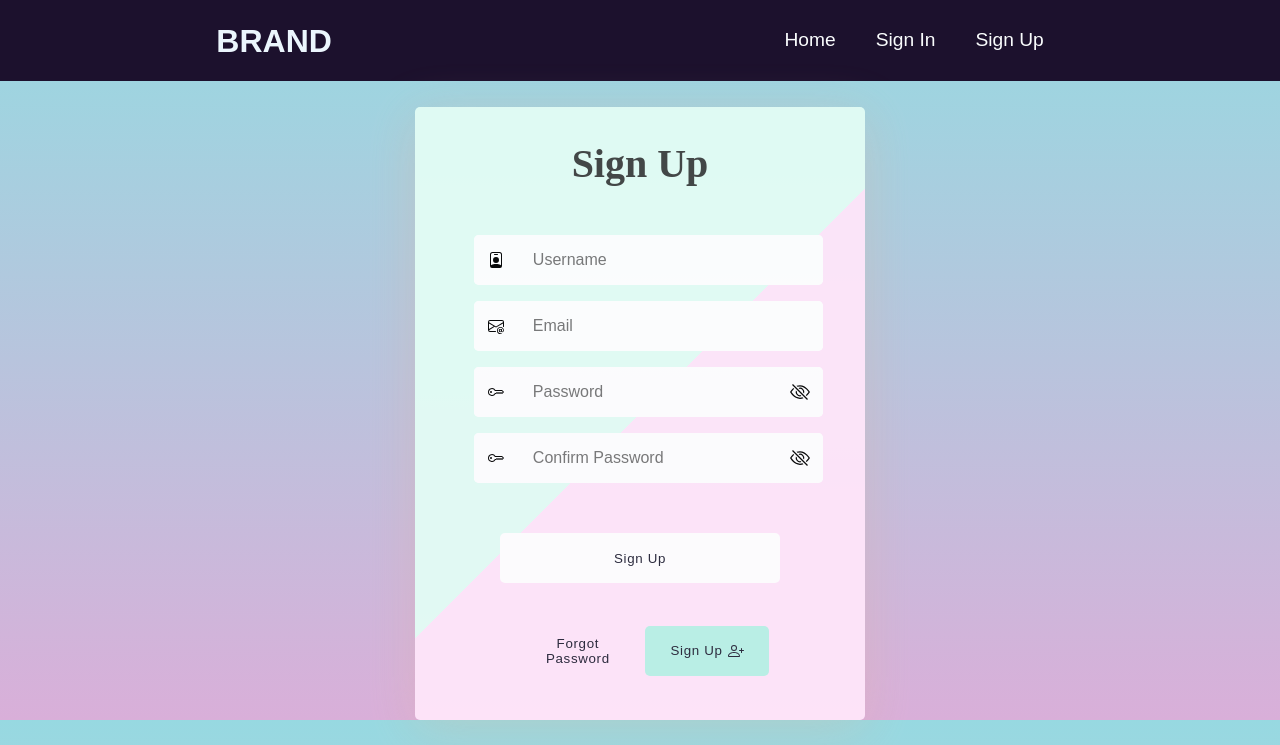
Repository: code-mtaani/ojwang-frontend
Page: /signup
The author's editor kept a copy of each file at every save. The page is drawn from the files as they stood at one save, then again after the next save.
The browser window is 1280 px wide. The pictures show the whole page.
Backgrounds fixed to the window are drawn as part of the page. The project was rebuilt for these pictures with package versions that can differ from the ones it lists, and the page was loaded fresh each time. Also part of the build but not shown: vite.config.ts, src/Pages/HomePage/Home.pages.tsx, src/Pages/SignIn/SignIn.pages.tsx.

Above is the page before, as saved 2023-02-01 14:18:15.

### src/App.tsx
import { BrowserRouter as Router, Routes, Route } from "react-router-dom";

import Navigation from "./Components/Nav";
import Home from './Pages/HomePage'
import SignIn from "./Pages/SignIn";
import SignUp from "./Pages/SignUp"

function App() {
  return (
    <Router>
      <div className="App">
        <Navigation />
        <Routes>
          <Route path="/" element={<Home />} />
          <Route path="/signin" element={<SignIn/>} />
          <Route path="/signup" element={<SignUp/>} />
        </Routes>
      </div>
    </Router>
  );
}

export default App;

### src/index.css
* {
  padding: 0;
  margin: 0;
  box-sizing: border-box;
}
/* End Global rules */

/* Start body rules */
body {
  background-image: linear-gradient(-225deg, #e3fdf5 0%, #ffe6fa 100%);
  background-image: linear-gradient(to top, #a8edea 0%, #fed6e3 100%);
  background-attachment: fixed;
  background-repeat: no-repeat;

  font-family: "Vibur", cursive;
  /*   the main font */
  font-family: "Abel", sans-serif;
  opacity: 0.95;
  background-image: linear-gradient(to top, #d9afd9 0%, #97d9e1 100%);
}
@media screen and (min-width: 440px) {
  .app{
    border:2px solid green;
  }
}
/* end body rules */

### src/Components/Nav/index.js
export {default} from './Navigation.component'

### src/Pages/HomePage/index.ts
export { default } from "./Home.pages";

### src/Pages/SignIn/index.ts
export { default } from './SignIn.pages'

### src/Pages/SignUp/index.ts
export {default} from './SignUp.pages'

### src/Components/Nav/Navigation.component.tsx
import React from "react";
import {Link} from "react-router-dom"
import './nav.css'

const Navigation = () => {
  return (
    <nav className="navbar">
      <div className="left">
        <h1><Link to="/"> BRAND </Link></h1>
      </div>

      <div className="right">
        <input type="checkbox" id="check" />
        <label htmlFor="check" className="checkBtn">
          <svg
            xmlns="http://www.w3.org/2000/svg"
            width="30"
            height="30"
            fill="currentColor"
            className="bi bi-justify"
            viewBox="0 0 16 16"
          >
            <path
              fillRule="evenodd"
              d="M2 12.5a.5.5 0 0 1 .5-.5h11a.5.5 0 0 1 0 1h-11a.5.5 0 0 1-.5-.5zm0-3a.5.5 0 0 1 .5-.5h11a.5.5 0 0 1 0 1h-11a.5.5 0 0 1-.5-.5zm0-3a.5.5 0 0 1 .5-.5h11a.5.5 0 0 1 0 1h-11a.5.5 0 0 1-.5-.5zm0-3a.5.5 0 0 1 .5-.5h11a.5.5 0 0 1 0 1h-11a.5.5 0 0 1-.5-.5z"
            />
          </svg>
        </label>

        <ul className="list">
          <li> <Link to="/">Home</Link></li>
          <li> <Link to="/signin">Sign In</Link></li>
          <li> <Link to="signup">Sign Up</Link></li>
        </ul>
      </div>
    </nav>
  );
};

export default Navigation;

### src/Pages/SignUp/SignUp.pages.tsx
import React from "react";
import "./Signup.css";

const SignUp = () => {
  return (
    <div className="overlay">
      <form>
        {/* con = Container  for items in the form */}
        <div className="con">
          {/* <!--     Start  header Content  --> */}
          <header className="head-form">
            <h2>Sign Up</h2>
          </header>
          {/* End  header Content */}
          <br />
          <div className="field-set">
            {/* inputs */}
            <div className="test">
              <div className="key">
                <svg
                  xmlns="http://www.w3.org/2000/svg"
                  width="16"
                  height="16"
                  fill="currentColor"
                  className="bi bi-person-badge"
                  viewBox="0 0 16 16"
                >
                  <path d="M6.5 2a.5.5 0 0 0 0 1h3a.5.5 0 0 0 0-1h-3zM11 8a3 3 0 1 1-6 0 3 3 0 0 1 6 0z" />
                  <path d="M4.5 0A2.5 2.5 0 0 0 2 2.5V14a2 2 0 0 0 2 2h8a2 2 0 0 0 2-2V2.5A2.5 2.5 0 0 0 11.5 0h-7zM3 2.5A1.5 1.5 0 0 1 4.5 1h7A1.5 1.5 0 0 1 13 2.5v10.795a4.2 4.2 0 0 0-.776-.492C11.392 12.387 10.063 12 8 12s-3.392.387-4.224.803a4.2 4.2 0 0 0-.776.492V2.5z" />
                </svg>
              </div>
              <input type="text" name="username" id="" placeholder="Username" />
              <div className="show"></div>
            </div>
            <div className="test">
              <div className="key">
                <svg
                  xmlns="http://www.w3.org/2000/svg"
                  width="16"
                  height="16"
                  fill="currentColor"
                  className="bi bi-envelope-at"
                  viewBox="0 0 16 16"
                >
                  <path d="M2 2a2 2 0 0 0-2 2v8.01A2 2 0 0 0 2 14h5.5a.5.5 0 0 0 0-1H2a1 1 0 0 1-.966-.741l5.64-3.471L8 9.583l7-4.2V8.5a.5.5 0 0 0 1 0V4a2 2 0 0 0-2-2H2Zm3.708 6.208L1 11.105V5.383l4.708 2.825ZM1 4.217V4a1 1 0 0 1 1-1h12a1 1 0 0 1 1 1v.217l-7 4.2-7-4.2Z" />
                  <path d="M14.247 14.269c1.01 0 1.587-.857 1.587-2.025v-.21C15.834 10.43 14.64 9 12.52 9h-.035C10.42 9 9 10.36 9 12.432v.214C9 14.82 10.438 16 12.358 16h.044c.594 0 1.018-.074 1.237-.175v-.73c-.245.11-.673.18-1.18.18h-.044c-1.334 0-2.571-.788-2.571-2.655v-.157c0-1.657 1.058-2.724 2.64-2.724h.04c1.535 0 2.484 1.05 2.484 2.326v.118c0 .975-.324 1.39-.639 1.39-.232 0-.41-.148-.41-.42v-2.19h-.906v.569h-.03c-.084-.298-.368-.63-.954-.63-.778 0-1.259.555-1.259 1.4v.528c0 .892.49 1.434 1.26 1.434.471 0 .896-.227 1.014-.643h.043c.118.42.617.648 1.12.648Zm-2.453-1.588v-.227c0-.546.227-.791.573-.791.297 0 .572.192.572.708v.367c0 .573-.253.744-.564.744-.354 0-.581-.215-.581-.8Z" />
                </svg>
              </div>
              <input type="email" name="email" placeholder="Email" />
              <div className="show"></div>
            </div>
            <div className="test">
              <div className="key">
                <svg
                  xmlns="http://www.w3.org/2000/svg"
                  width="16"
                  height="16"
                  fill="currentColor"
                  className="bi bi-key"
                  viewBox="0 0 16 16"
                >
                  <path d="M0 8a4 4 0 0 1 7.465-2H14a.5.5 0 0 1 .354.146l1.5 1.5a.5.5 0 0 1 0 .708l-1.5 1.5a.5.5 0 0 1-.708 0L13 9.207l-.646.647a.5.5 0 0 1-.708 0L11 9.207l-.646.647a.5.5 0 0 1-.708 0L9 9.207l-.646.647A.5.5 0 0 1 8 10h-.535A4 4 0 0 1 0 8zm4-3a3 3 0 1 0 2.712 4.285A.5.5 0 0 1 7.163 9h.63l.853-.854a.5.5 0 0 1 .708 0l.646.647.646-.647a.5.5 0 0 1 .708 0l.646.647.646-.647a.5.5 0 0 1 .708 0l.646.647.793-.793-1-1h-6.63a.5.5 0 0 1-.451-.285A3 3 0 0 0 4 5z" />
                  <path d="M4 8a1 1 0 1 1-2 0 1 1 0 0 1 2 0z" />
                </svg>
              </div>
              <input type="password" name="pasword" placeholder="Password" />
              <div className="show">
                <svg
                  xmlns="http://www.w3.org/2000/svg"
                  width="20"
                  height="20"
                  fill="currentColor"
                  className="bi bi-eye-slash"
                  viewBox="0 0 16 16"
                >
                  <path d="M13.359 11.238C15.06 9.72 16 8 16 8s-3-5.5-8-5.5a7.028 7.028 0 0 0-2.79.588l.77.771A5.944 5.944 0 0 1 8 3.5c2.12 0 3.879 1.168 5.168 2.457A13.134 13.134 0 0 1 14.828 8c-.058.087-.122.183-.195.288-.335.48-.83 1.12-1.465 1.755-.165.165-.337.328-.517.486l.708.709z" />
                  <path d="M11.297 9.176a3.5 3.5 0 0 0-4.474-4.474l.823.823a2.5 2.5 0 0 1 2.829 2.829l.822.822zm-2.943 1.299.822.822a3.5 3.5 0 0 1-4.474-4.474l.823.823a2.5 2.5 0 0 0 2.829 2.829z" />
                  <path d="M3.35 5.47c-.18.16-.353.322-.518.487A13.134 13.134 0 0 0 1.172 8l.195.288c.335.48.83 1.12 1.465 1.755C4.121 11.332 5.881 12.5 8 12.5c.716 0 1.39-.133 2.02-.36l.77.772A7.029 7.029 0 0 1 8 13.5C3 13.5 0 8 0 8s.939-1.721 2.641-3.238l.708.709zm10.296 8.884-12-12 .708-.708 12 12-.708.708z" />
                </svg>
              </div>
            </div>
            <div className="test">
              <div className="key">
                <svg
                  xmlns="http://www.w3.org/2000/svg"
                  width="16"
                  height="16"
                  fill="currentColor"
                  className="bi bi-key"
                  viewBox="0 0 16 16"
                >
                  <path d="M0 8a4 4 0 0 1 7.465-2H14a.5.5 0 0 1 .354.146l1.5 1.5a.5.5 0 0 1 0 .708l-1.5 1.5a.5.5 0 0 1-.708 0L13 9.207l-.646.647a.5.5 0 0 1-.708 0L11 9.207l-.646.647a.5.5 0 0 1-.708 0L9 9.207l-.646.647A.5.5 0 0 1 8 10h-.535A4 4 0 0 1 0 8zm4-3a3 3 0 1 0 2.712 4.285A.5.5 0 0 1 7.163 9h.63l.853-.854a.5.5 0 0 1 .708 0l.646.647.646-.647a.5.5 0 0 1 .708 0l.646.647.646-.647a.5.5 0 0 1 .708 0l.646.647.793-.793-1-1h-6.63a.5.5 0 0 1-.451-.285A3 3 0 0 0 4 5z" />
                  <path d="M4 8a1 1 0 1 1-2 0 1 1 0 0 1 2 0z" />
                </svg>
              </div>
              <input
                type="password"
                name="confirmPassword"
                placeholder="Confirm Password"
              />
              <div className="show">
                <svg
                  xmlns="http://www.w3.org/2000/svg"
                  width="20"
                  height="20"
                  fill="currentColor"
                  className="bi bi-eye-slash"
                  viewBox="0 0 16 16"
                >
                  <path d="M13.359 11.238C15.06 9.72 16 8 16 8s-3-5.5-8-5.5a7.028 7.028 0 0 0-2.79.588l.77.771A5.944 5.944 0 0 1 8 3.5c2.12 0 3.879 1.168 5.168 2.457A13.134 13.134 0 0 1 14.828 8c-.058.087-.122.183-.195.288-.335.48-.83 1.12-1.465 1.755-.165.165-.337.328-.517.486l.708.709z" />
                  <path d="M11.297 9.176a3.5 3.5 0 0 0-4.474-4.474l.823.823a2.5 2.5 0 0 1 2.829 2.829l.822.822zm-2.943 1.299.822.822a3.5 3.5 0 0 1-4.474-4.474l.823.823a2.5 2.5 0 0 0 2.829 2.829z" />
                  <path d="M3.35 5.47c-.18.16-.353.322-.518.487A13.134 13.134 0 0 0 1.172 8l.195.288c.335.48.83 1.12 1.465 1.755C4.121 11.332 5.881 12.5 8 12.5c.716 0 1.39-.133 2.02-.36l.77.772A7.029 7.029 0 0 1 8 13.5C3 13.5 0 8 0 8s.939-1.721 2.641-3.238l.708.709zm10.296 8.884-12-12 .708-.708 12 12-.708.708z" />
                </svg>
              </div>
            </div>
            <br />
            {/*  buttons */}
            {/*button LogIn */}
            <button className="log-in"> Sign Up </button>
          </div>

          {/* other buttons */}
          <div className="other">
            {/* Forgot Password button */}
            <button className="btn submits frgt-pass">Forgot Password</button>
            {/* Sign Up button */}
            <button className="btn submits sign-up">
              Sign Up
              {/* Sign Up font icon */}
              <svg
                xmlns="http://www.w3.org/2000/svg"
                width="16"
                height="16"
                fill="currentColor"
                className="bi bi-person-plus"
                viewBox="0 0 16 16"
              >
                <path d="M6 8a3 3 0 1 0 0-6 3 3 0 0 0 0 6zm2-3a2 2 0 1 1-4 0 2 2 0 0 1 4 0zm4 8c0 1-1 1-1 1H1s-1 0-1-1 1-4 6-4 6 3 6 4zm-1-.004c-.001-.246-.154-.986-.832-1.664C9.516 10.68 8.289 10 6 10c-2.29 0-3.516.68-4.168 1.332-.678.678-.83 1.418-.832 1.664h10z" />
                <path
                  fillRule="evenodd"
                  d="M13.5 5a.5.5 0 0 1 .5.5V7h1.5a.5.5 0 0 1 0 1H14v1.5a.5.5 0 0 1-1 0V8h-1.5a.5.5 0 0 1 0-1H13V5.5a.5.5 0 0 1 .5-.5z"
                />
              </svg>
            </button>
            {/* End  the other Division */}
          </div>

          {/* End Container */}
        </div>

        {/* End Form */}
      </form>
    </div>
  );
};

export default SignUp;

### src/Components/Nav/nav.css
.navbar{
    background-color: rgb(22,7,36);
    display: flex;
    justify-content: space-around;
    align-items: center;
    line-height: 5rem;
}

.left h1{
    font-size: 2rem;
    cursor: pointer;
}
.left h1 a{
    text-decoration: none;
    color: aliceblue;
}

.checkBtn{
    display: none;
}
#check{
    display: none;
}
.checkBtn{
    cursor: pointer;
    font-size: 30px;
    float: right;
    color: #ed1e79;
    line-height: 88px;
}

.right ul{
    display: flex;
    list-style: none;
}
.right ul li a {
    padding: 10px 20px;
    font-size: 1.2rem;
    color: white;
    cursor: pointer;
    text-decoration: none;
    transition: all 1s;
}

.right ul li a:hover{
    background-color: #fff;
    border-radius: 7px;
    color: rgb(22, 7, 36);
    margin-left: 4px ;
    margin-right: 4px ;
}

/* ================================== Media Queries=================================================== */

@media screen and (max-width:805px){
    .list{
        width: 100%;
        height: 100vh;
        background-color: rgb(22, 7, 36);
        text-align: center;
        display: flex;
        flex-direction: column;
        position: fixed;
        top: 5rem;
        left: 100%;
        transition: all 1s;
    }

    #check{
        display: none;
    }
    .checkBtn{
        display: block;
    }
    #check:checked~ul{
        left: 0%
    }
}
@media screen and (max-width:450px) {
    .navbar{
        width: 100vw;
    }

}

### src/Pages/SignUp/Signup.css
/* Start form  attributes */
form {
  width: 450px;
  min-height: 500px;
  height: auto;
  border-radius: 5px;
  margin: 2% auto;
  box-shadow: 0 9px 50px hsla(20, 67%, 75%, 0.31);
  padding: 2%;
  background-image: linear-gradient(-225deg, #e3fdf5 50%, #ffe6fa 50%);
}
@media screen and (max-width: 450px) {
  form {
    width: 90vw;
    margin: 20 auto;
  }
}
/* form Container */
form .con {
  display: -webkit-flex;
  display: flex;

  -webkit-justify-content: space-around;
  justify-content: space-around;

  -webkit-flex-wrap: wrap;
  flex-wrap: wrap;
  margin: 0 auto;
}

/* the header form  */
header {
  margin: 2% auto 10% auto;
  text-align: center;
}
/* Login title form  */
header h2 {
  font-size: 250%;
  font-family: "Playfair Display", serif;
  color: #3e403f;
}
/*  A welcome message or an explanation of the login form */
header p {
  letter-spacing: 0.05em;
}
header img {
  width: 10rem;
  height: 8rem;
}


/* focus  */
input:focus {
  transform: translateX(-3px);
  border-radius: 5px;
}

.test {
  display: flex;
  justify-content: space-between;
  align-items: center;
  background-color: white;
  height: 50px;
  margin: 0.5rem;
  border-radius: 0.3rem;
  width: 100%;
}
.test .key {
  background-color: white;
  display: flex;
  align-items: center;
  justify-content: center;
  width: 3rem;
  height: 100%;
  border-radius: 5px 0px 0px 5px;
}
.test .key svg {
  margin: 5px;
}
.test input {
  height: 100%;
  width: 80%;
  font-size: 16px;
  padding: 15px;
  font-family: "Abel", sans-serif;
  font-size: 16px;
  color: #5e6472;
  transition: 0.4s linear;
   outline: none;
  border: none;
}
.test .show {
  background-color: white;
  height: 100%;
  display: flex;
  align-items: center;
  justify-content: center;
  width: 3rem;
  border-radius: 0px 5px 5px 0px;
}
.field-set {
    display: flex;
    flex-direction: column;
}
/* input[type="text"] {min-width: 250px;} */
/* buttons  */

button {
  display: inline-block;
  color: #252537;

  width: 280px;
  height: 50px;

  padding: 0 20px;
  background: #fff;
  border-radius: 5px;

  outline: none;
  border: none;

  cursor: pointer;
  text-align: center;
  transition: all 0.2s linear;

  margin: 7% auto;
  letter-spacing: 0.05em;
}

/* Submits */
.submits {
  width: 48%;
  display: inline-block;
  float: left;
  margin-left: 2%;
}

/*       Forgot Password button FAF3DD  */
.frgt-pass {
  background: transparent;
}
/*     Sign Up button  */
.sign-up {
  background: #b8f2e6;
  display: flex;
  align-items: center;
  justify-content: space-evenly;
  font-weight: 500;
}
/* .sign-up:hover{
  box-shadow: 4px 5px 23px -6px rgba(0,0,0,0.77);
-webkit-box-shadow: 4px 5px 23px -6px rgba(0,0,0,0.77);
-moz-box-shadow: 4px 5px 23px -6px rgba(0,0,0,0.77);
} */

/* buttons hover */
button:hover {
  transform: translatey(3px);
  box-shadow: none;
}

/* buttons hover Animation */
button:hover {
  animation: ani9 0.4s ease-in-out infinite alternate;
}

@keyframes ani9 {
  0% {
    transform: translateY(3px);
  }
  100% {
    transform: translateY(5px);
  }
}
/* ================================== */

Loaded but not shown: index.html (common file); src/main.tsx (common file)

After the next save:
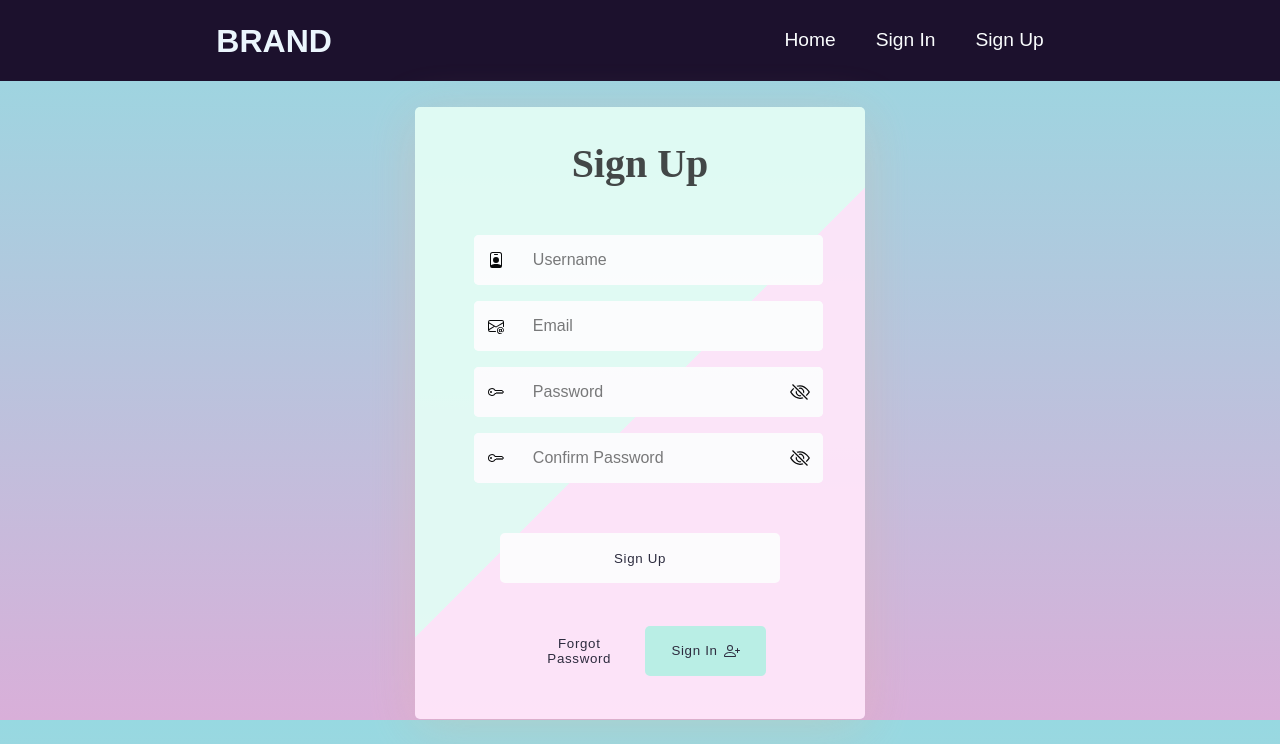
Saved 5 s later.
--- a/src/Pages/SignUp/SignUp.pages.tsx
+++ b/src/Pages/SignUp/SignUp.pages.tsx
@@ -125,7 +125,7 @@ const SignUp = () => {
             <button className="btn submits frgt-pass">Forgot Password</button>
             {/* Sign Up button */}
             <button className="btn submits sign-up">
-              Sign Up
+              Sign In
               {/* Sign Up font icon */}
               <svg
                 xmlns="http://www.w3.org/2000/svg"
